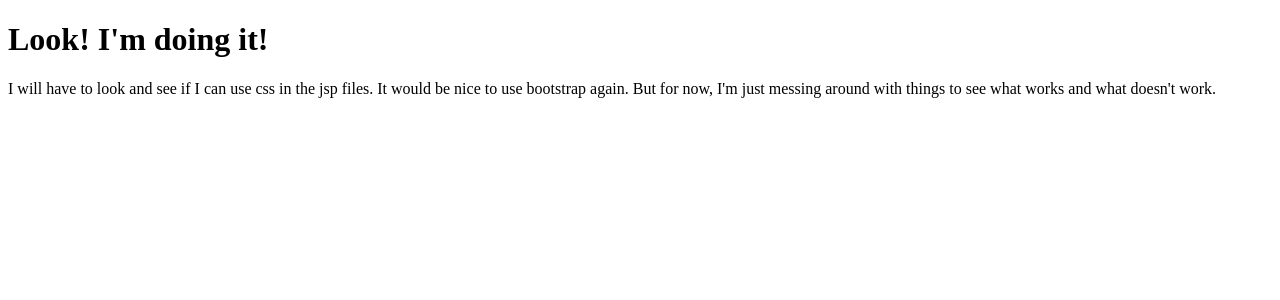
Repository: overbejt/UdemySpringMVC
Page: http://localhost/hello-World/login.do
The author's editor kept a copy of each file at every save. The page is drawn from the files as they stood at one save, then again after the next save.
The browser window is 1280 px wide. The pictures show the whole page.
The page is served by Tomcat 9. Other server files are loaded and not shown.

Above is the page before, as saved 2018-12-25 04:50:53.

### hello-World/src/main/webapp/WEB-INF/views/login.jsp
<%@ page language="java" contentType="text/html; charset=UTF-8"
    pageEncoding="UTF-8"%>
<!DOCTYPE html PUBLIC "-//W3C//DTD HTML 4.01 Transitional//EN" "http://www.w3.org/TR/html4/loose.dtd">
<html>
<head>
<meta http-equiv="Content-Type" content="text/html; charset=UTF-8">
<title>This is awesome!!!!</title>
</head>

<body>
<h1>
Look! I'm doing it!
</h1>

<p>
I will have to look and see if I can use css in the
jsp files.  It would be nice to use bootstrap again.
But for now, I'm just messing around with things to
see what works and what doesn't work.
</p>

<p>

</p>



</body>
</html>

### hello-World/src/main/java/webapp/LoginServlet.java
package webapp;

import java.io.IOException;
import java.io.PrintWriter;

import javax.servlet.ServletException;
import javax.servlet.annotation.WebServlet;
import javax.servlet.http.HttpServlet;
import javax.servlet.http.HttpServletRequest;
import javax.servlet.http.HttpServletResponse;

/*
 * Browser sends Http Request to Web Server
 *
 * Code in Web Server => Input:HttpRequest, Output: HttpResponse
 * JEE with Servlets
 *
 * Web Server responds with Http Response
 */

//Java Platform, Enterprise Edition (Java EE) JEE6

//Servlet is a Java programming language class
//used to extend the capabilities of servers
//that host applications accessed by means of
//a request-response programming model.

//1. extends javax.servlet.http.HttpServlet
//2. @WebServlet(urlPatterns = "/login.do")
//3. doGet(HttpServletRequest request, HttpServletResponse response)
//4. How is the response created?

@WebServlet(urlPatterns = "/login.do")
public class LoginServlet extends HttpServlet {

	@Override
	protected void doGet(HttpServletRequest request, HttpServletResponse response) throws IOException, ServletException {
		//I need to remember this line.  It is critical
		request.getRequestDispatcher("/WEB-INF/views/login.jsp").forward(request, response);

	}

}

After the next save:
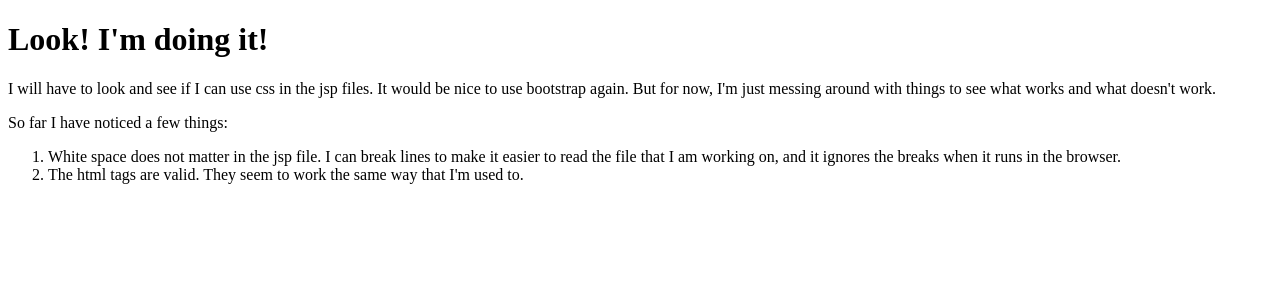
Saved 5 min 15 s later.
--- a/hello-World/src/main/webapp/WEB-INF/views/login.jsp
+++ b/hello-World/src/main/webapp/WEB-INF/views/login.jsp
@@ -20,7 +20,19 @@ see what works and what doesn't work.
 </p>
 
 <p>
-
+So far I have noticed a few things:
+<ol>
+<li>
+White space does not matter in the jsp file.
+I can break lines to make it easier to read the
+file that I am working on, and it ignores the
+breaks when it runs in the browser.
+</li>
+<li>
+The html tags are valid.  They seem to work the
+same way that I'm used to.
+</li>
+</ol>
 </p>
 
 
